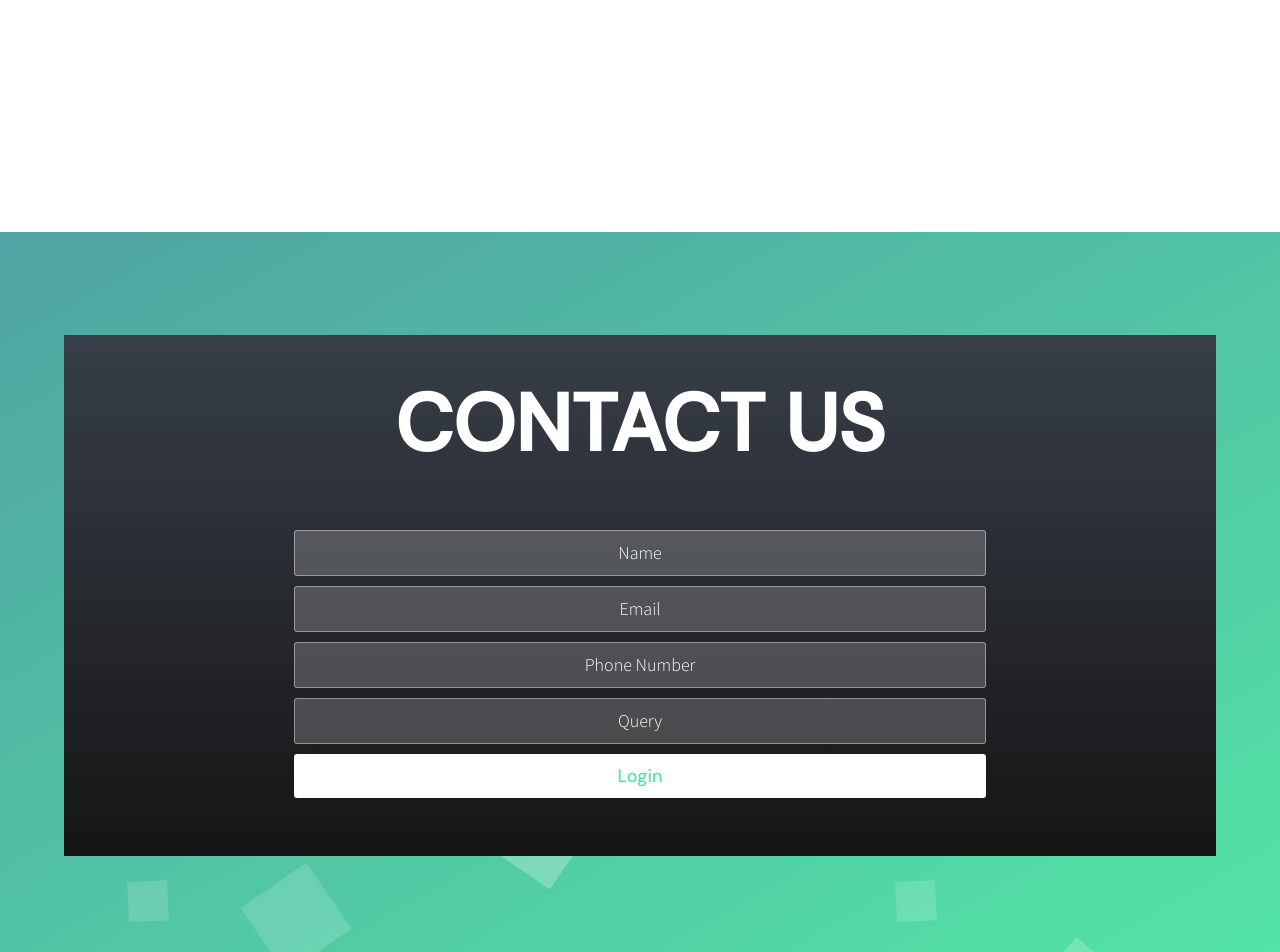
Repository: Jrap-bit/PeriodofSharing
Page: index.html
The author's editor kept a copy of each file at every save. The page is drawn from the files as they stood at one save, then again after the next save.
The browser window is 1280 px wide. The pictures show the part of the page from y = 1325 to 2277 px (the page is 2277 px tall).

Above is the page before, as saved 2022-01-16 01:25:58.

### index.html
<!DOCTYPE html>
<html lang="en">
  <head>
    <meta charset="UTF-8" />
    <meta http-equiv="X-UA-Compatible" content="IE=edge" />
    <meta name="viewport" content="width=device-width, initial-scale=1.0" />
    <link rel="stylesheet" href="style.css" />
    <title>#PeriodofSharing</title>
  </head>
  <body>
    <nav>
      <div class="logo">
          <a href="#" class = "brand-title">Brand Name</a>
      </div>
      <ul>
          <li>
              <a href="#">Home</a>
          </li>
          <li>
              <a href="#">
              About
          </a>
          </li>
          <li>
              <a href="#">
              Contact
          </a>
          </li>
      </ul>
  </nav>
    <div id="Home" class="home">
      <h1>#PeriodofSharing</h1>
      <p>
        For every 30 Rupees that you donate, we will purchase one packet of sofy
        sanitary napkins that contain 8 pads. This packet of sanitary napkins
        will be distributed for free to girls in Govt. schools, slums,
        orphanages in the age group of 12 to 20.
      </p>
      <div>
        <a href="Donate.html"><button class="donate-button">Donate</button></a>
      </div>
    </div>
    <div id="About" class="about">
      <p>
        At any given time, girls across India cannot afford sanitary napkins.
        Instead they use cloth, grass, newspapers and other unhygienic materials
        that increase their risk of contracting infections. It is estimated that
        over 80% of all women in India do not have access to sanitary products
        during menstruation.
      </p>
      <p>
        Female menstruation is still considered a social taboo and as such, 9
        out of 10 girls are unaware of their menstrual cycles. The ones who are
        aware of it are not open to talking about it.
      </p>
      <p>
        Those who purchase their own sanitary products are all too familiar with
        their products being wrapped in paper to “shield” the public from any
        knowledge of the existence of a period.
      </p>
      <p>
        Our mission is to raise awareness on gender issues and bring it out in
        the open. Through our programs, we teach young girls that their
        menstrual cycles are natural, a sign of good reproductive health and is
        something they have in common with girls in countries worldwide!
        Furthermore, we hold sessions with the mothers of the girls to bring the
        topic of menstruation out into the open, allow them to ask questions and
        look at menstruation for the natural and healthy process it is.
      </p>
    </div>
    <div class="contact" id="Contact">
      <div class="wrapper">
        <div class="container">
          <form class="form">
            <h1 class="form-header">CONTACT US</h1>
            <input type="text" placeholder="Name" />
            <input type="text" placeholder="Email" />
            <input type="text" placeholder="Phone Number" />
            <input type="text" placeholder="Query" />
            <button type="submit" id="login-button">Login</button>
          </form>
        </div>
        <ul class="bg-bubbles">
          <li></li>
          <li></li>
          <li></li>
          <li></li>
          <li></li>
          <li></li>
          <li></li>
          <li></li>
          <li></li>
          <li></li>
      </ul>
      </div>
    </div>
  </body>
</html>

### style.css
@import url('https://fonts.googleapis.com/css2?family=DM+Sans:wght@500&display=swap');
@import url('https://fonts.googleapis.com/css2?family=Bebas+Neue&family=Lobster&family=Permanent+Marker&display=swap');
@import url('https://fonts.googleapis.com/css?family=Source+Sans+Pro:200,300');


* {
    box-sizing: border-box;
    font-family: 'DM Sans', sans-serif;
    font-weight: 300;
}

body {
    margin: 0;
    padding: 0;
    font-family: 'Source Sans Pro', sans-serif;
	 color: black;
	 font-weight: 300;
}

body ::-webkit-input-placeholder {
    font-family: 'Source Sans Pro', sans-serif;
    color: white;
    font-weight: 300;
}
body :-moz-placeholder {
    font-family: 'Source Sans Pro', sans-serif;
    color: white;
    opacity: 1;
    font-weight: 300;
}
body ::-moz-placeholder {
    font-family: 'Source Sans Pro', sans-serif;
    color: white;
    opacity: 1;
    font-weight: 300;
}
body :-ms-input-placeholder {
    font-family: 'Source Sans Pro', sans-serif;
    color: white;
    font-weight: 300;
}
.wrapper {
    background: #50a3a2;
    background: -webkit-linear-gradient(top left,#50a3a2 0%,#53e3a6 100%);
    background: -moz-linear-gradient(top left,#50a3a2 0%,#53e3a6 100%);
    background: -o-linear-gradient(top left,#50a3a2 0%,#53e3a6 100%);
    background: linear-gradient(to bottom right,#50a3a2 0%,#53e3a6 100%);
    position: absolute;
    left: 0;
    width: 100%;
    height: 100vh;
    overflow: hidden;
}
.wrapper.form-success .container h1 {
    transform: translateY(85px);
}
.container {
    max-width: 90%;
    margin: 8% auto;
    padding: 0px 0;
    height: 50%;
    text-align: center;
}

.form-header{
    font-family: 'DM Sans', sans-serif;
    color: #fff;
    margin-top: -20px;
    font-weight: 600;
    font-size: 5rem;
}

form {
    display:flexbox;
    justify-content: center;
    align-items: center;
    background: linear-gradient(rgba(51, 58, 69, 0.9), rgba(0, 0, 0, 0.8)), #686868;
    padding: 5% 0;
    position: relative;
    z-index: 2;
}
form input {
    display: block;
    appearance: none;
    outline: 0;
    border: 1px solid rgba(255,255,255,0.4);
    background-color: rgba(255,255,255,0.2);
    width: 60%;
    border-radius: 3px;
    padding: 10px 15px;
    margin: 0 auto 10px auto;
    text-align: center;
    font-size: 18px;
    color: white;
    transition-duration: 0.25s;
    font-weight: 300;
}
form input:hover {
    background-color: rgba(255,255,255,0.4);
}
form input:focus {
    background-color: white;
    width: 80%;
    color: #53e3a6;
}
form button {
    appearance: none;
    outline: 0;
    background-color: white;
    border: 0;
    padding: 10px 15px;
    color: #53e3a6;
    border-radius: 3px;
    width: 60%;
    cursor: pointer;
    font-size: 18px;
    transition-duration: 0.25s;
}
form button:hover {
    background-color: #f5f7f9;
}

html{
    scroll-behavior: smooth;
}

.donate-button{
    appearance: none;
    outline: 0;
    background-color: white;
    border: 0;
    padding: 10px 15px;
    color: #53e3a6;
    border-radius: 3px;
    width: 250px;
    cursor: pointer;
    font-size: 18px;
    transition-duration: 0.25s;
}
.donate-button:hover{
    background-color: #f5f7f9;
}

.brand-title{
    font-family: 'Lobster', cursive;
    font-size: 3rem;
    margin: 10px 50px;
    margin-bottom: 15px;
    margin-left: 2%;

}

nav a{
    text-decoration: none;
    color: white;
}
nav a::after{
    text-decoration: none;
}

nav {
    padding-left: 100px;
    padding-right: 100px;
}

nav,
nav ul {
    display: flex;
    justify-content: space-around;
    align-items: center;
    width: 100%;
}

nav {
    background-color: #283646;
    height: 80px;
}

nav ul li {
    font-size: 1.3rem;
    font-family: 'Montserrat', sans-serif;
    list-style-type: none;
}

nav ul li a {
    text-decoration: none;
    color: white;
}

nav ul li a:hover {
    color: yellowgreen;
}

@media only screen and (max-width: 768px) {
    nav {
        padding: unset !important
    }
}

@media only screen and (max-width: 576px) {
    nav,
    nav ul {
        height: auto;
        display: flex;
        flex-flow: column wrap;
    }
    nav ul li {
        width: 100%;
    }
    nav ul li a {
        width: 100%;
        display: flex;
        align-items: center;
        justify-content: center;
        width: 100%;
        height: 50px;
    }
    nav ul li a:hover {
        color: white;
        background-color: yellowgreen;
    }
}


.about{
    height: 100vh;

}

.home{
    height: 100vh;
    background: url("https://csrbox.org/full_stories_img/1528786858Sanitary%20Pad%20Donation%20(8).JPG");
    filter: brightness(40%)
}

.bg-bubbles {
    position: absolute;
    top: 0;
    left: 0;
    width: 100%;
    height: 100%;
    z-index: 1;
}
.bg-bubbles li {
    position: absolute;
    list-style: none;
    display: block;
    width: 40px;
    height: 40px;
    background-color: rgba(255,255,255,0.15);
    bottom: -160px;
    -webkit-animation: square 25s infinite;
    animation: square 25s infinite;
    -webkit-transition-timing-function: linear;
    transition-timing-function: linear;
}
.bg-bubbles li:nth-child(1) {
    left: 10%;
}
.bg-bubbles li:nth-child(2) {
    left: 20%;
    width: 80px;
    height: 80px;
    animation-delay: 2s;
    animation-duration: 17s;
}
.bg-bubbles li:nth-child(3) {
    left: 25%;
    animation-delay: 4s;
}
.bg-bubbles li:nth-child(4) {
    left: 40%;
    width: 60px;
    height: 60px;
    animation-duration: 22s;
    background-color: rgba(255,255,255,0.25);
}
.bg-bubbles li:nth-child(5) {
    left: 70%;
}
.bg-bubbles li:nth-child(6) {
    left: 80%;
    width: 120px;
    height: 120px;
    animation-delay: 3s;
    background-color: rgba(255,255,255,0.2);
}
.bg-bubbles li:nth-child(7) {
    left: 32%;
    width: 160px;
    height: 160px;
    animation-delay: 7s;
}
.bg-bubbles li:nth-child(8) {
    left: 55%;
    width: 20px;
    height: 20px;
    animation-delay: 15s;
    animation-duration: 40s;
}
.bg-bubbles li:nth-child(9) {
    left: 25%;
    width: 10px;
    height: 10px;
    animation-delay: 2s;
    animation-duration: 40s;
    background-color: rgba(255,255,255,0.3);
}
.bg-bubbles li:nth-child(10) {
    left: 90%;
    width: 160px;
    height: 160px;
    animation-delay: 11s;
}
@-webkit-keyframes square {
    0% {
        transform: translateY(0);
   }
    100% {
        transform: translateY(-700px) rotate(600deg);
   }
}
@keyframes square {
    0% {
        transform: translateY(0);
   }
    100% {
        transform: translateY(-700px) rotate(600deg);
   }
}

After the next save:
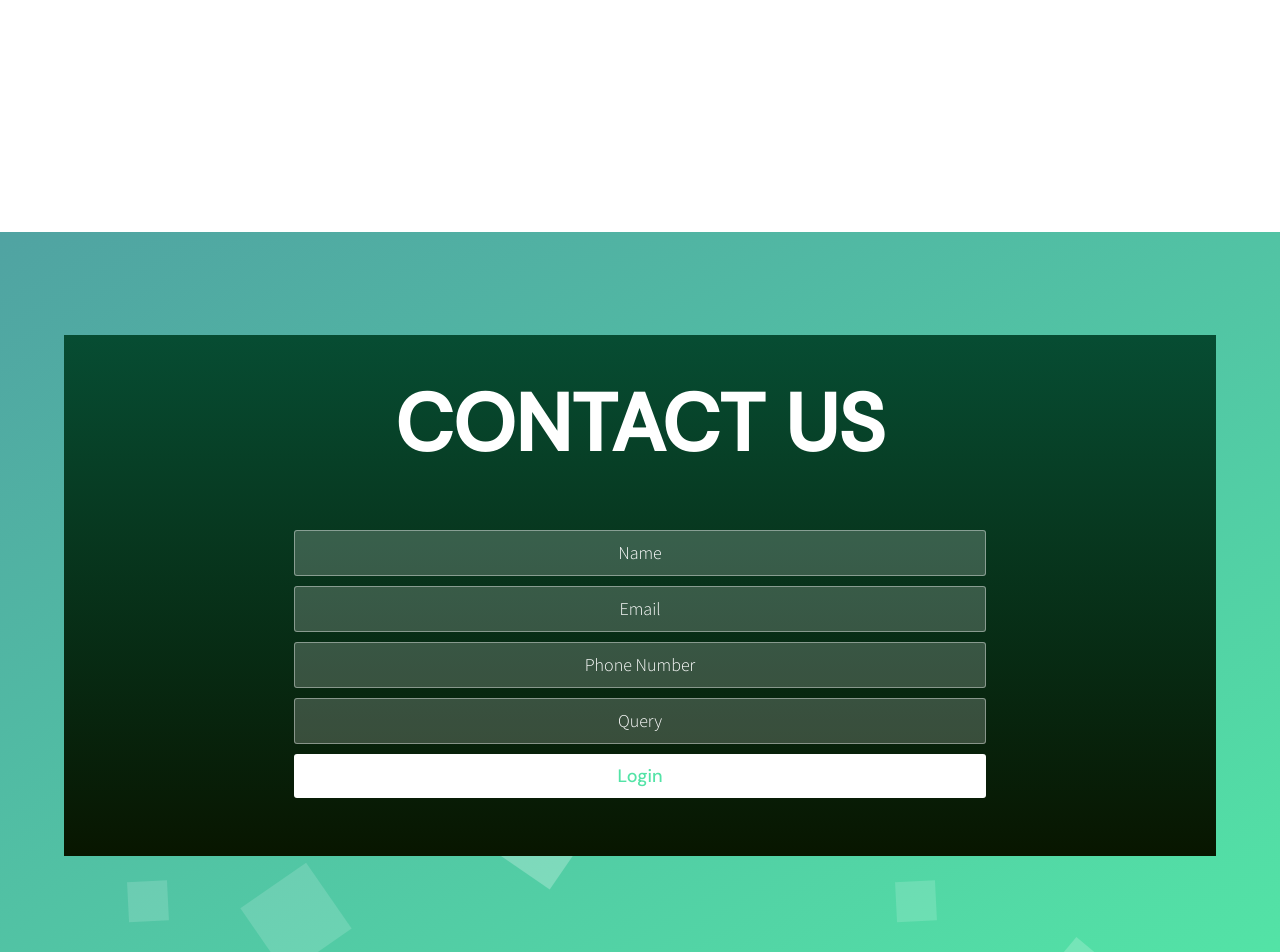
Saved 51 s later.
--- a/style.css
+++ b/style.css
@@ -74,7 +74,7 @@ form {
     display:flexbox;
     justify-content: center;
     align-items: center;
-    background: linear-gradient(rgba(51, 58, 69, 0.9), rgba(0, 0, 0, 0.8)), #686868;
+    background: linear-gradient(rgba(3, 73, 56, 0.9), rgba(0, 0, 0, 0.8)), #286d00;
     padding: 5% 0;
     position: relative;
     z-index: 2;
